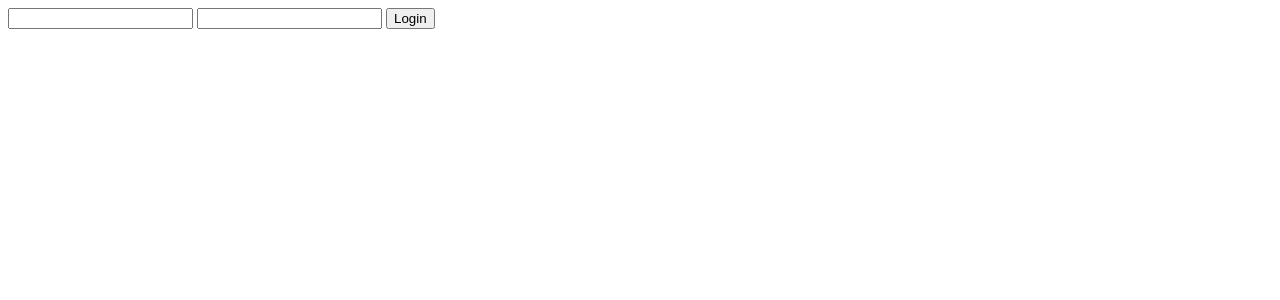
Repository: BlessingAjiboye/WEB222NBA
Page: required.html
These files come from the project's save history. The page is drawn as it stood at one moment and after the next save; the edit follows.
The browser window is 1280 px wide. The pictures show the whole page.

Above is the page before, as saved 2023-07-24 19:33:00.

### required.html
<!DOCTYPE html>
<html lang="en">
<head>
    <meta charset="UTF-8">
    <meta name="viewport" content="width=device-width, initial-scale=1.0">
    <title>Document</title>
    <style>
        input:required {
    /* styles for required input controls */
    background-color: ;
}

input:optional {
    /* styles for optional input controls */
}
        </style>
</head>
<body>
    <form action="/s" name="login">
    <input type="text" name="username" required>
    <input type="password" name="password" required>
    <input type="submit" value="Login">
</form>
</body>
</html>

After the next save:
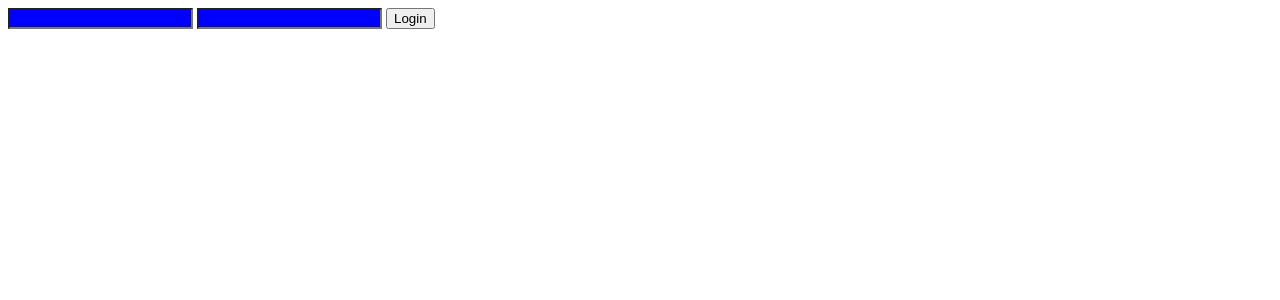
Saved 5 s later.
--- a/required.html
+++ b/required.html
@@ -7,7 +7,7 @@
     <style>
         input:required {
     /* styles for required input controls */
-    background-color: ;
+    background-color: blue;
 }
 
 input:optional {
